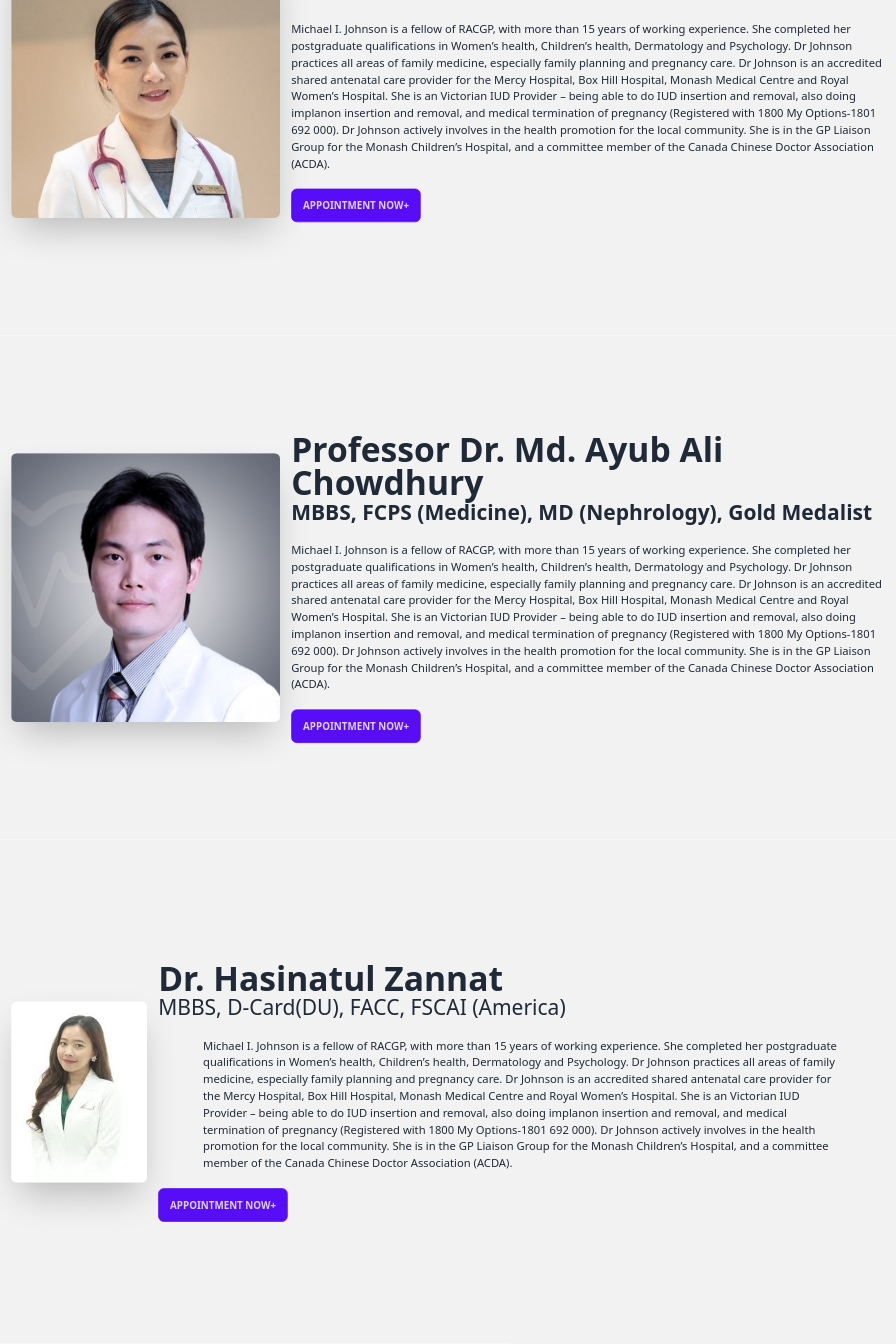
Repository: salmaakter11/Medical-Health
Page: /
These files come from the project's save history. The page is drawn as it stood at one moment and after the next save; the edit follows.
The browser window is 1280 px wide. The pictures show the part of the page from y = 1168 to 3088 px (the page is 3088 px tall), at 70% of full size.
The project was rebuilt for these pictures with package versions that can differ from the ones it lists, and the page was loaded fresh each time. Also part of the build but not shown: vite.config.js.

Above is the page before, as saved 2023-07-10 21:51:13.

### index.html

<!DOCTYPE html>
<html lang="en">
  <head>
    <meta charset="UTF-8" />
    <link rel="icon" type="image/svg+xml" href="src/img/img3.jpg" />
    <meta name="viewport" content="width=device-width, initial-scale=1.0" />
    <title>Medical Health</title>
  </head>
  <body>
    <div id="root"></div>
    <script type="module" src="/src/main.jsx"></script>
  </body>
</html>

### src/App.jsx
import Home from "./component/Home/Home"
import Navbar from "./component/Navbar/Navbar"
import Doctor from "./component/Doctor's/Doctor"



function App() {


  return (
    <>
    <Navbar></Navbar>
    <Home></Home>
    <Doctor></Doctor>


    </>
  )
}

export default App

### src/component/Home/Home.jsx

import React from 'react';


const Home = () => {
  return (
    <div id="Home">
      <div className="hero min-h-screen" style={{backgroundImage: 'url(https://medicaleducationsjp.com/-/media/Project/SXA/St-John-Providence-MedEd/providence-providence-park-hospital-southfield.jpg?la=en&hash=6BFBFC9A4CD3C2C67CDD857FB88B5C53FA24BCE4)'}}>
  <div className="hero-overlay bg-opacity-60"></div>
  <div className="hero-content text-center text-neutral-content">
    <div className="max-w-md">
      <h1 className="mb-5 text-5xl font-bold">We Care Medical & Health </h1>
      <p className="mb-5">We will conduct a complete dental examination and create an individualized treatment plan for you .</p>
      <button className="btn btn-primary">Make an Appointment +</button>
    </div>
  </div>
</div>

    </div>
  );
};

export default Home;

### src/component/Navbar/Navbar.jsx
import React from 'react';
import './Navbar.css'
const Navbar = () => {
    return (
        <div>
            <div className="navbar bg-base-100 nav z-40 shadow-sm shadow-black ">
                <div className="navbar-start">
                    <div className="dropdown">
                        <label tabindex="0" className="btn btn-ghost lg:hidden">
                            <svg xmlns="http://www.w3.org/2000/svg" className="h-5 w-5" fill="none" viewBox="0 0 24 24" stroke="currentColor"><path stroke-linecap="round" stroke-linejoin="round" stroke-width="2" d="M4 6h16M4 12h8m-8 6h16" /></svg>
                        </label>

                        {/* mobile device nav */}

                        <ul tabindex="0" className="menu menu-sm dropdown-content mt-3 p-2 shadow bg-base-100 rounded-box w-52 text-xl font-bold">
                        <li><a href="#Home" >Home </a></li>
    <li><a href="#Doctor">Doctor details</a></li>
    <li><a href="#Service">Service</a></li>
    <li><a href="#Shop">Medecine shop</a></li>
        <li><a href="#Contact" >Contact</a></li>
        <li><a href="#photo" >Photo&Gallery</a></li>
        <li><a href="#livechat" >LiveChat</a></li>


      </ul>
    </div>

    <a id='' href='/' className="btn btn-ghost normal-case text-xl font-bold text-xl front-bold"> Medical Health</a>
  </div>

  {/* pc device nav */}
  <div className="navbar-center hidden lg:flex ">
    <ul className="menu menu-horizontal px-1 text-xl font-bold">
    <li><a href="#Home" >Home </a></li>
    <li><a href="#Doctor">Doctor details</a></li>
    <li><a href="#Service">Service</a></li>
    <li><a href="#Shop">Medecine shop</a></li>
        <li><a href="#Contact" >Contact</a></li>
        <li><a href="#Contact" >Photo&Gallery</a></li>
        <li><a href="#livechat" >LiveChat</a></li>


    </ul>
  </div>
  <div className="navbar-end pr-10">
    {/* nav facebook logo */}

  <a target="blank" href="https://www.facebook.com/Salma.com.37"><svg xmlns="http://www.w3.org/2000/svg" width="30" height="30" viewBox="0 0 24 24" className="fill-current"><path d="M9 8h-3v4h3v12h5v-12h3.642l.358-4h-4v-1.667c0-.955.192-1.333 1.115-1.333h2.885v-5h-3.808c-3.596 0-5.192 1.583-5.192 4.615v3.385z"></path></svg></a>
  </div>
            </div>
        </div>
    );
};

export default Navbar;

### src/component/Doctor's/Doctor.jsx
import doc1 from "../../img/doc1.jpg"
import doc2 from "../../img/doc2.jpg"
import doc3 from "../../img/doc3.jpg"
import React from 'react';

const Doctor = () => {
    return (
        <div>
            <h1 className=' text-center text-neutral font-bold text-5xl py-20 '>Doctor Deteils</h1>
            <div>
                {/* Doctor1 */}
            <div className="hero min-h-screen bg-base-200">
  <div className="hero-content flex-col lg:flex-row">
    <img src={doc1} className="max-w-sm rounded-lg shadow-2xl" />
    <div>
      <h1 className="text-5xl font-bold">Michael I. Johnson</h1>
      <h6 className="text-3xl ">Neuro medicine </h6>
      <p className="py-6">Michael I. Johnson is a fellow of RACGP, with more than 15 years of working experience. She completed her postgraduate qualifications in Women’s health, Children’s health, Dermatology and Psychology.
Dr Johnson practices all areas of family medicine, especially family planning and pregnancy care. Dr Johnson is an accredited shared antenatal care provider for the Mercy Hospital, Box Hill Hospital, Monash Medical Centre and Royal Women’s Hospital. She is an Victorian IUD Provider – being able to do IUD insertion and removal, also doing implanon insertion and removal, and medical termination of pregnancy (Registered with 1800 My Options-1801 692 000).
Dr Johnson actively involves in the health promotion for the local community. She is in the GP Liaison Group for the Monash Children’s Hospital, and a committee member of the Canada Chinese Doctor Association (ACDA).</p>
      <button className="btn btn-primary">Appointment Now+</button>
    </div>
  </div>
</div>

{/* Doctor2 */}
<div className="hero min-h-screen bg-base-200">
  <div className="hero-content flex-col lg:flex-row">
    <img src={doc2} className="max-w-sm rounded-lg shadow-2xl" />
    <div>
      <h1 className="text-5xl font-bold">Professor Dr. Md. Ayub Ali Chowdhury</h1>
      <h4 className="text-3xl font-bold">MBBS, FCPS (Medicine), MD (Nephrology), Gold Medalist</h4>
      <p className="py-6">Michael I. Johnson is a fellow of RACGP, with more than 15 years of working experience. She completed her postgraduate qualifications in Women’s health, Children’s health, Dermatology and Psychology.
Dr Johnson practices all areas of family medicine, especially family planning and pregnancy care. Dr Johnson is an accredited shared antenatal care provider for the Mercy Hospital, Box Hill Hospital, Monash Medical Centre and Royal Women’s Hospital. She is an Victorian IUD Provider – being able to do IUD insertion and removal, also doing implanon insertion and removal, and medical termination of pregnancy (Registered with 1800 My Options-1801 692 000).
Dr Johnson actively involves in the health promotion for the local community. She is in the GP Liaison Group for the Monash Children’s Hospital, and a committee member of the Canada Chinese Doctor Association (ACDA).</p>
      <button className="btn btn-primary">Appointment Now+</button>
    </div>
  </div>
</div>
{/*
Doctor 3 */}

<div className="hero min-h-screen bg-base-200">
  <div className="hero-content flex-col lg:flex-row">
    <img src={doc3} className="max-w-sm rounded-lg shadow-2xl" />
    <div>
      <h1 className="text-5xl font-bold">Dr. Hasinatul Zannat</h1>
      <h6 className="text-3xl">MBBS, D-Card(DU), FACC, FSCAI (America)</h6>
      <p className="py-6 px-16">Michael I. Johnson is a fellow of RACGP, with more than 15 years of working experience. She completed her postgraduate qualifications in Women’s health, Children’s health, Dermatology and Psychology.
Dr Johnson practices all areas of family medicine, especially family planning and pregnancy care. Dr Johnson is an accredited shared antenatal care provider for the Mercy Hospital, Box Hill Hospital, Monash Medical Centre and Royal Women’s Hospital. She is an Victorian IUD Provider – being able to do IUD insertion and removal, also doing implanon insertion and removal, and medical termination of pregnancy (Registered with 1800 My Options-1801 692 000).
Dr Johnson actively involves in the health promotion for the local community. She is in the GP Liaison Group for the Monash Children’s Hospital, and a committee member of the Canada Chinese Doctor Association (ACDA).</p>
      <button className="btn btn-primary">Appointment Now+</button>
    </div>
  </div>
</div>

            </div>
        </div>
    );
};

export default Doctor;

### src/component/Navbar/Navbar.css
.nav {
    position: fixed;
    top: o;
}

Loaded but not shown: src/main.jsx (common file); src/index.css (common file); tailwind.config.js (common file)

After the next save:
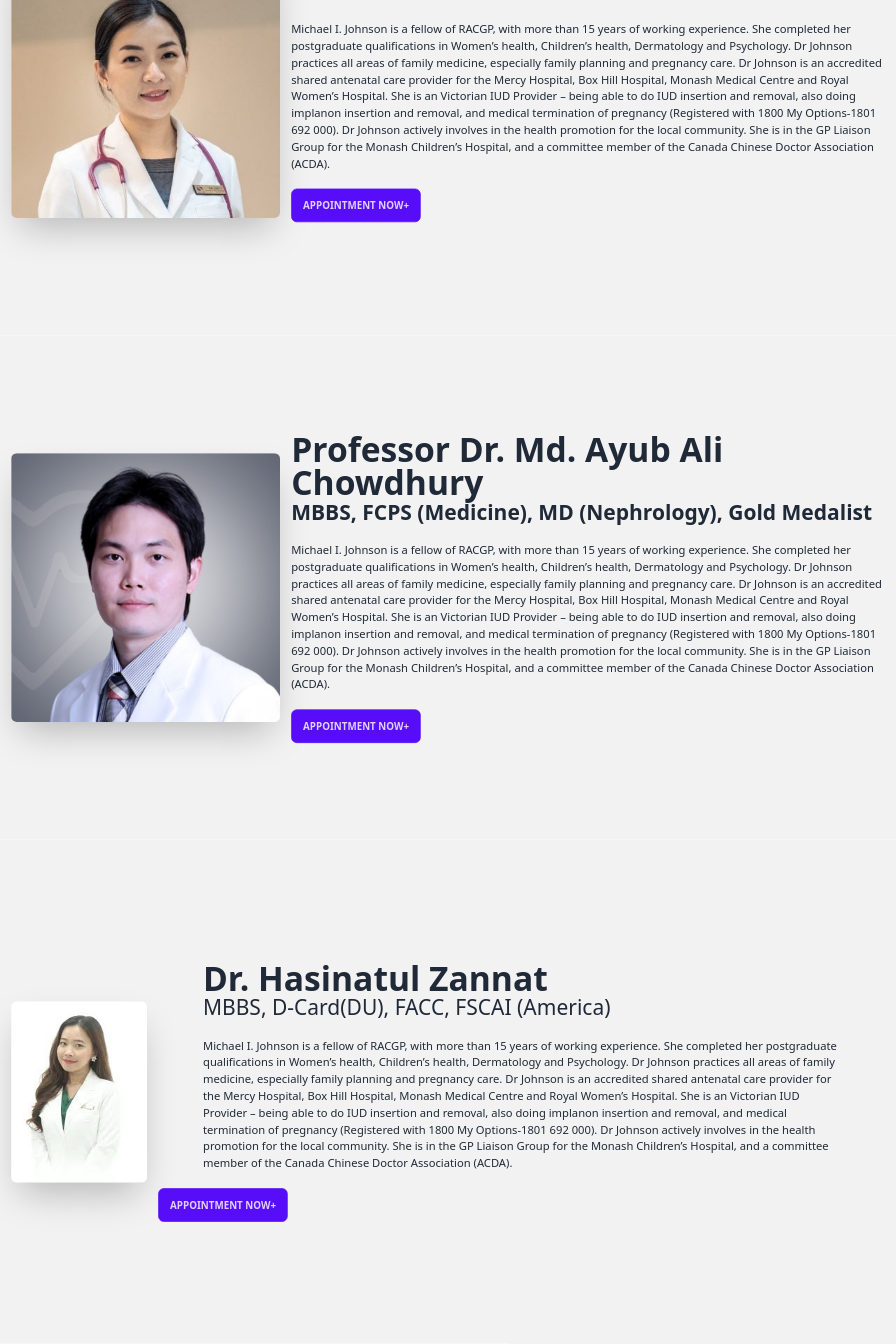
Saved 22 s later.
--- a/src/component/Doctor's/Doctor.jsx
+++ b/src/component/Doctor's/Doctor.jsx
@@ -44,8 +44,8 @@
   <div className="hero-content flex-col lg:flex-row">
     <img src={doc3} className="max-w-sm rounded-lg shadow-2xl" />
     <div>
-      <h1 className="text-5xl font-bold">Dr. Hasinatul Zannat</h1>
-      <h6 className="text-3xl">MBBS, D-Card(DU), FACC, FSCAI (America)</h6>
+      <h1 className="text-5xl font-bold px-16">Dr. Hasinatul Zannat</h1>
+      <h6 className="text-3xl px-16">MBBS, D-Card(DU), FACC, FSCAI (America)</h6>
       <p className="py-6 px-16">Michael I. Johnson is a fellow of RACGP, with more than 15 years of working experience. She completed her postgraduate qualifications in Women’s health, Children’s health, Dermatology and Psychology.
 Dr Johnson practices all areas of family medicine, especially family planning and pregnancy care. Dr Johnson is an accredited shared antenatal care provider for the Mercy Hospital, Box Hill Hospital, Monash Medical Centre and Royal Women’s Hospital. She is an Victorian IUD Provider – being able to do IUD insertion and removal, also doing implanon insertion and removal, and medical termination of pregnancy (Registered with 1800 My Options-1801 692 000).
 Dr Johnson actively involves in the health promotion for the local community. She is in the GP Liaison Group for the Monash Children’s Hospital, and a committee member of the Canada Chinese Doctor Association (ACDA).</p>
